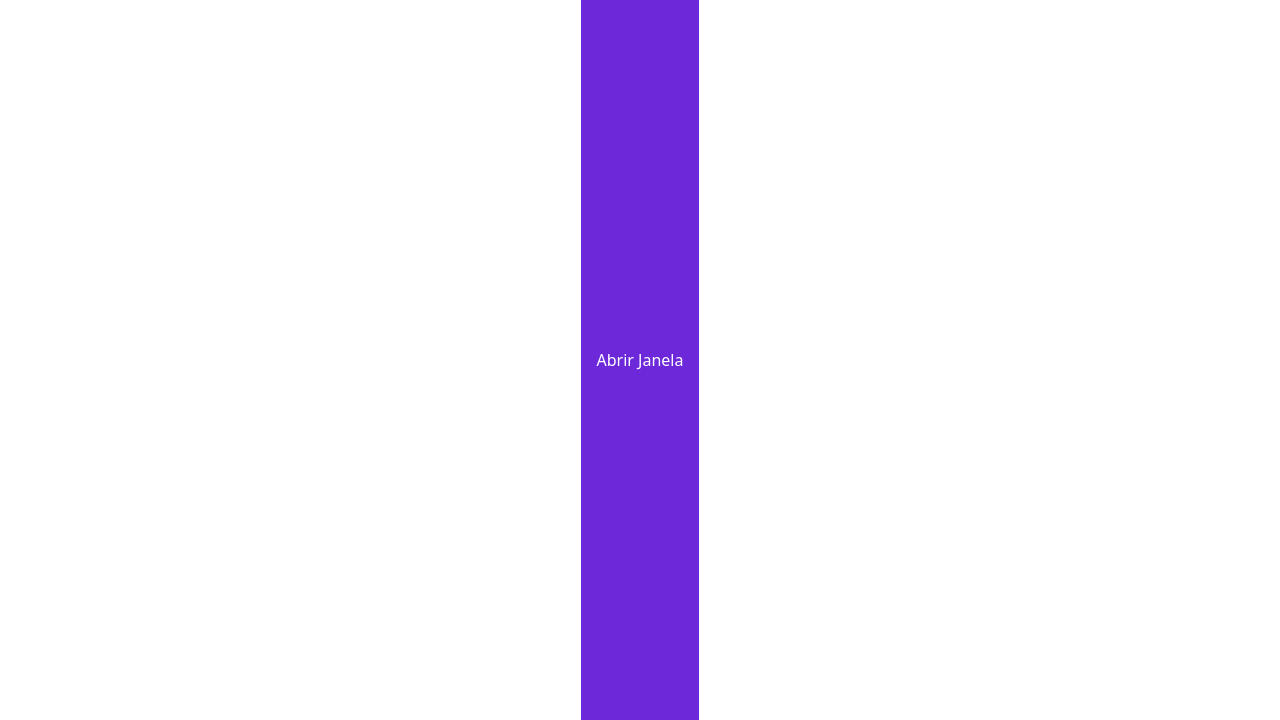
Repository: vndp/Dom_lab
Page: Praticando/index.html
These files come from the project's save history. The page is drawn as it stood at one moment and after a run of saves; the edit follows.
The browser window is 1280 px wide. The pictures show the whole page.

Above is the page before, as saved 2022-07-19 10:29:46.

### Praticando/index.html
<!DOCTYPE html>
<html lang="pt-br">
<head>
    <meta charset="UTF-8">

    <meta name="viewport" content="width=device-width, initial-scale=1.0">
    <title>Dom eventos</title>

    <link href="https://unpkg.com/tailwindcss/dist/tailwind.min.css" rel="stylesheet" >

</head>
<body class="h-screen bg-purple-108 flex flec-col itens-center justify-center">

    <button
    id="openModal"
    class="bg-purple-700 text-white py-2 px-4 rouded">
    Abrir Janela
</button>


<div class="modal-wrapper invisible fixed
            bg-gray-500 w-screen h-screen flex
            itens-center justify-center">
</div class="p-8 bg-white text-center rounded">



</body>
</html>

After the next 6 saves:
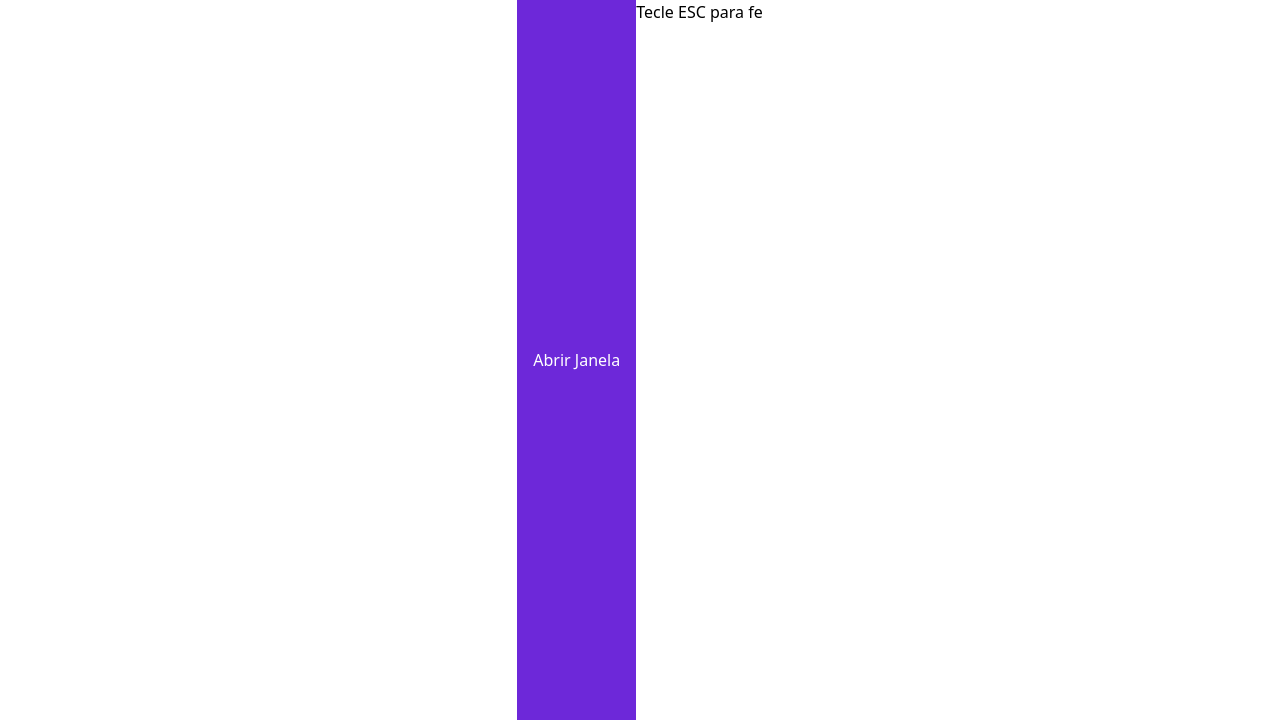
The 6 saves are shown as one change because they came seconds apart.
The last was saved 17 s later.
--- a/Praticando/index.html
+++ b/Praticando/index.html
@@ -22,7 +22,7 @@
             bg-gray-500 w-screen h-screen flex
             itens-center justify-center">
 </div class="p-8 bg-white text-center rounded">
-
+    Tecle ESC para fe
 
 
 </body>
